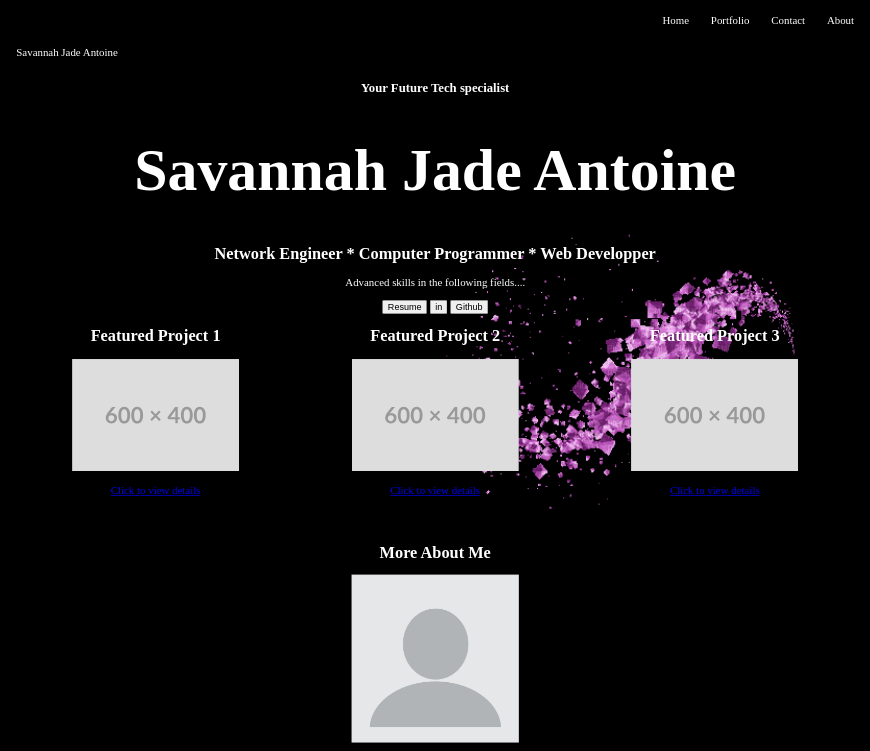
Repository: Savannah-Antoine/Savannah-Antoine
Page: index.html
These files come from the project's save history. The page is drawn as it stood at one moment and after the next save; the edit follows.
The browser window is 1280 px wide. The pictures show the whole page, at 68% of full size.

Above is the page before, as saved 2026-05-08 17:08:23.

After the next save:
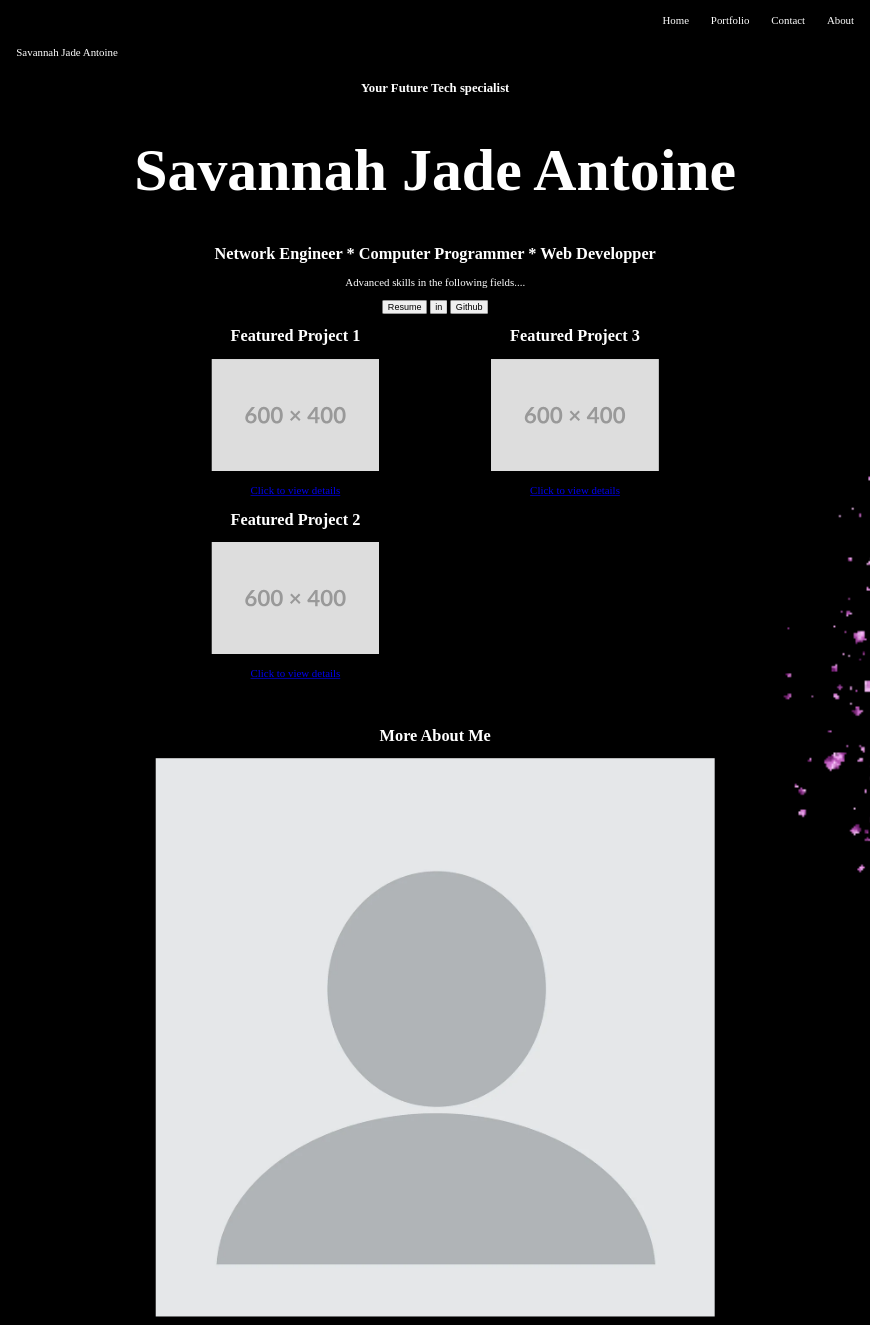
Saved 5 days later.
--- a/index.html
+++ b/index.html
@@ -30,15 +30,15 @@
 
 </header>
 <main class = "container">
-
-<section >
+<section>
+<div >
 <h2>Featured Project 1</h2>
 <img src = "./assets/images/placeholder1.svg" alt = "First Portfolio placeholder image" />
 <p><a href = "./pages/project-name-1.html">Click to view details</a></p>
 
-</section>
+</div>
 
-<section>
+<div>
 <h2>Featured Project 2</h2>
 <img src = "./assets/images/placeholder1.svg" alt = "Second Portfolio placeholder image" />
 <p><a href = "./pages/project-name-2.html">Click to view details</a></p>
@@ -48,13 +48,13 @@
 <img src = "./assets/images/placeholder1.svg" alt = "Third Portfolio placeholder image" />
 <p><a href = "./pages/project-name-3.html">Click to view details</a></p>
 
+</div>
 </section>
-
-<section>
+<div>
 <h2>More About Me</h2>
 <img src = "./assets/images/profilepic.png" alt = "profile picture" />
 
-</section>
+</div>
 
 </main>
 
